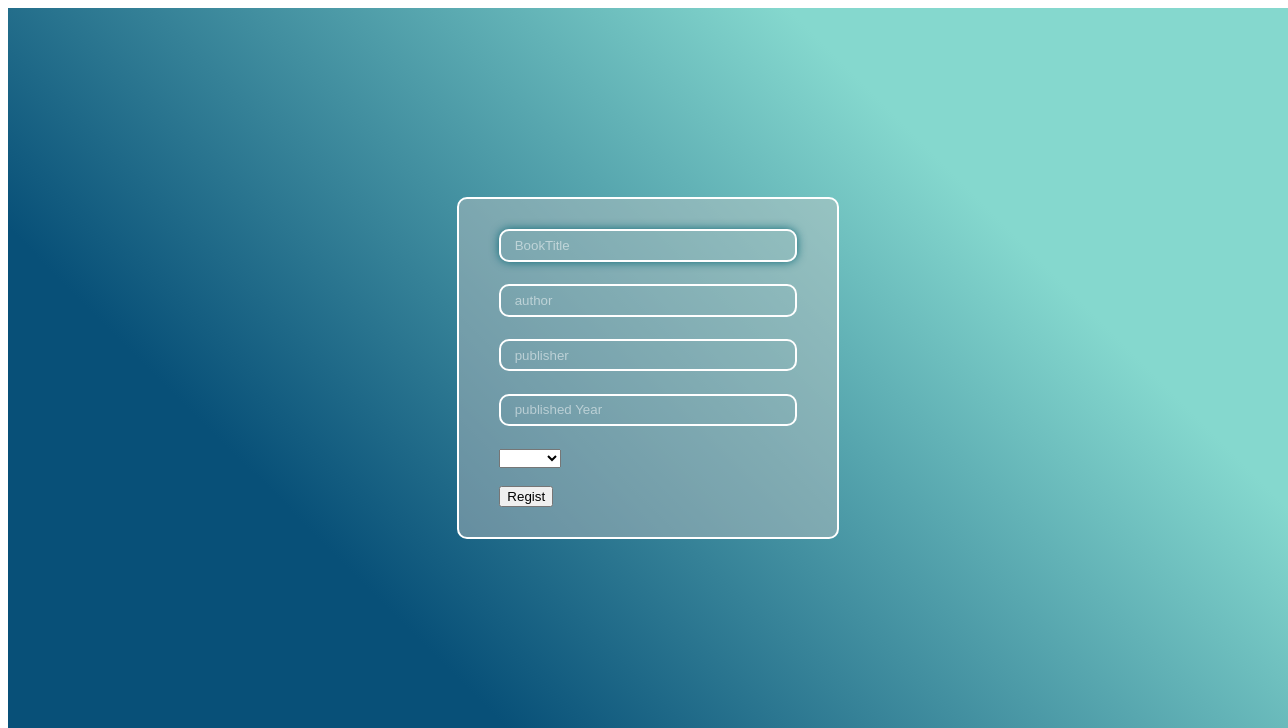
Repository: ysknsid25/mer
Page: http://localhost/library/view/regist.jsp
These files come from the project's save history. The page is drawn as it stood at one moment and after the next save; the edit follows.
The browser window is 1280 px wide. The page is 1288 px wide, so the pictures cover 1288 px, including what lies to the right of the window. The pictures show the whole page.
The page is served by Tomcat 9. Other server files are loaded and not shown.

Above is the page before, as saved 2018-11-26 13:32:30.
Console error: ReferenceError: $ is not defined

### mer/library/WebContent/view/regist.jsp
<%@ page language="java" contentType="text/html; charset=UTF-8"
	pageEncoding="UTF-8"%>
<%@page import="util.StringUtil"%>
<%@page import="util.StringQuery"%>




<!DOCTYPE html PUBLIC "-//W3C//DTD HTML 4.01 Transitional//EN" "http://www.w3.org/TR/html4/loose.dtd">
<head>
<title>Top</title>

<link href='<%=StringUtil.CONTEXTPATH + StringUtil.INPUTCSS%>'
	rel='stylesheet' type='text/css' />
<script type="text/javascript" src="<%=StringUtil.MAINJS%>"></script>
<meta charset="<%=StringUtil.SET_ENCODING%>" />
<meta name="viewport" content="width=device-width, initial-scale=1.0" />

</head>

<body>
	<div class="container">
		<div id="login-form">
			<div id="box">

				<form action="<%=StringUtil.REGISTCHECK + StringUtil.CONTROLLER%>"
					method="post">

					<div>
						<label for="form-userid">BoolTitle</label> <input type="text"
							name="booktitle" id="form-userid" placeholder="BookTitle"
							value="<%if (request.getAttribute(StringQuery.BOOKTITLE) != null)
				out.println(request.getAttribute(StringQuery.BOOKTITLE));%>" />
						<p class="note">Please enter BookTitle.</p>
					</div>
					<div>
						<%
							if (request.getAttribute(StringQuery.BOOKTITLE_CK) != null) {
								if ((int) request.getAttribute(StringQuery.BOOKTITLE_CK) == StringUtil.BOOKTITLE_NULL) {

									out.println("<p id=" + "error_message" + ">" + StringUtil.BOOKTITLE_IS_NULL + "</p>");

								} else if ((int) request.getAttribute(StringQuery.BOOKTITLE_CK) == StringUtil.BOOKTITLE_LENGTH) {

									out.println("<p id=" + "error_message" + ">" + StringUtil.BOOKTITLE_OVER_LENGTH + "</p>");

								}
							}
						%>
					</div>



					<div>
						<label for="form-userid">Author</label> <input type="text"
							name="author" id="form-userid" placeholder="author"
							value="<%if (request.getAttribute(StringQuery.AUTHOR) != null)
				out.println(request.getAttribute(StringQuery.AUTHOR));%>" />
						<p class="note">Please enter author.</p>
					</div>
					<div>
						<%
							if (request.getAttribute(StringQuery.AUTHOR_CK) != null) {
								if ((int) request.getAttribute(StringQuery.AUTHOR_CK) == StringUtil.AUTHOR_NULL) {

									out.println("<p id=" + "error_message" + ">" + StringUtil.AUTHOR_IS_NULL + "</p>");

								}
							}
						%>
					</div>

					<div>
						<label for="form-userid">Publisher</label> <input type="text"
							name="publisher" id="form-userid" placeholder="publisher"
							value="<%if (request.getAttribute(StringQuery.PUBLISHER) != null)
				out.println(request.getAttribute(StringQuery.PUBLISHER));%>" />
						<p class="note">Please enter Publisher.</p>
					</div>


					<div>
						<label for="form-userid">PublishDay</label> <input type="text"
							name="publishday" id="form-userid" placeholder="published Year"
							value="<%if (request.getAttribute(StringQuery.PUBLISHDAY) != null)
				out.println(request.getAttribute(StringQuery.PUBLISHDAY));%>" />
						<p class="note">Please enter published Year.</p>
					</div>
					<div>
						<%
							if (request.getAttribute(StringQuery.PUBLISHDAY_CK) != null) {
								if ((int) request.getAttribute(StringQuery.PUBLISHDAY_CK) == StringUtil.YEAR_OVER) {

									out.println("<p id=" + "error_message" + ">" + StringUtil.PUBLISHYEAR_FUTURE + "</p>");

								} else if ((int) request.getAttribute(StringQuery.PUBLISHDAY_CK) == StringUtil.NOT_NUMBER) {

									out.println("<p id=" + "error_message" + ">" + StringUtil.PUBLISHYEAR_INVALIDATE + "</p>");

								}
							}
						%>
					</div>

					<div>
						<select name=”category”>
							<option value=”7”></option>
							<option value=”1”>漫画</option>
							<option value=”2”>文庫</option>
							<option value=”3”>大型本</option>
							<option value=”4”>雑誌</option>
							<option value=”5”>参考書</option>
							<option value=”6”>新書</option>
						</select>
					</div>

					<br/>

					<input type="submit" name="submit" value="Regist" />



					<%--String errorMessage(int checkNum){

		if (checkNum == StringUtil.BOOKTITLE_NULL) {

			return StringUtil.BOOKTITLE_IS_NULL;

		} else if (checkNum == StringUtil.BOOKTITLE_LENGTH) {

			return StringUtil.BOOKTITLE_OVER_LENGTH;

		} else if (checkNum == StringUtil.AUTHOR_NULL) {

			return StringUtil.AUTHOR_IS_NULL;

		} else if (checkNum == StringUtil.YEAR_OVER) {

			return StringUtil.PUBLISHYEAR_FUTURE;

		} else if (checkNum == StringUtil.NOT_NUMBER) {

			return StringUtil.PUBLISHYEAR_INVALIDATE;

		}

		return "";

	}--%>




				</form>

			</div>
		</div>
	</div>

</body>
</html>

### mer/library/WebContent/stylesheet/input.css
@CHARSET "UTF-8";

html, body, .container {
  width: 100%;
  height: 100%;
}

#error_message{

	color: red;
	font-size: 15px

}

.container,
.overlay:before{
  align-items: center;
  display: flex;
  justify-content: center;
  overflow: visible !important;
  background: -webkit-linear-gradient(45deg, #085078 25%, #85d8ce 75%);
  background: -moz-linear-gradient(45deg, #085078 25%, #85d8ce 75%);
  background: -ms-linear-gradient(45deg, #085078 25%, #85d8ce 75%);
  background: -o-linear-gradient(45deg, #085078 25%, #85d8ce 75%);
  background: linear-gradient(45deg, #085078 25%, #85d8ce 75%);

}

.container {
  align-items: center;
  display: flex;
  justify-content: center;

}

#box{

  padding: 30px 40px;
  transition: 0.2s;
  text-decoration: none;
  color: white;
  border: 2px solid white;
  border-radius: 10px;
  background-color: rgba( 192, 192, 192, 0.45 );

}

.overlay {
  max-height: 200px;
  margin: 0 auto;
  max-width: 768px;
  overflow: hidden;
  padding: 50px;
  position: relative;
  color: white;
  font-family: 'Lato';
  position: relative;
  text-align: center;
  z-index: 0;
  &:before {
    content: '';
    filter: blur(20px);
    height: 100%;
    left: 0;
    position: absolute;
    top: 0;
    width: 100%;
    z-index: -1;
  }
}


#login-form div input[type='text'],
#login-form div input[type='password']{

width: 20em;
padding: 0.5em 1em;
transition: 0.2s;
border: 2px solid #fff;
border-radius: 10px;
background: transparent;

}

#login-form div input[type='text']:hover,
#login-form div input[type='password']:hover{

border-color: #fff;
box-shadow: 0 0 10px rgba(0,100,115,0.9);

}

#login-form div input[type='text']:focus,
#login-form div input[type='password']:focus{

border-color: #fafa9d;
box-shadow: 0 0 10px rgba(250,250,157,0.8);

}

.btn a{

font-size: 14px;
display: inline-block;
position: relative;
left: 79px;
padding: 7px 20px;
transition: 0.2s;
text-decoration: none;
color: transparent;
border: none;
border-radius: 10px;
background-color: transparent;

}

.btn:hover a{

background-color: white;
color: black;
border-radius: 5px;

}


input::-webkit-input-placeholder{

color: rgba(255,255,255,0.5);

}

input:focus::-webkit-input-placeholder{

color: transparent;

}

input:-ms-input-placeholder{

color: rgba(255,255,255,0.5);

}

input:focus:-ms-input-placeholder{

color: transparent;

}

input::-moz-placeholder{

color: #fff;

}

input:focus::-moz-placeholder{

color: transparent;

}

#login-form div label{

position: absolute;
x-index: -1;
top: 0;
left: 0;
display: block;
padding: 0.5em 1em;
transition: 0.2s;
color: transparent;

}

#login-form div label.inputted{

-webkit-transform: translateX(-100%);
-ms-transform: translateX(-100%);
transform: translateX(-100%);
color: #fff;

}

#login-form div p.note{

font-size: 15px;
overflow: hidden;
max-height: 0;
margin-top: 0.5em;
transition: 0.2s;
text-align: left;
color: #ffffff;

}

#login-form div input[type='text']:focus ~ p.note,
#login-form div input[type='password']:focus ~ p.note{

max-height: 3em;
transition: 0.2s;

}

### mer/library/WebContent/stylesheet/main.js
$(function(){
  $('input[type="text"],input[type="password"]')
  .focus(function(){
$(this).prev('label').addClass("inputted");
  })
  .focusout(function(){
  if($(this).val()==""){
$(this).prev('label').
removeClass("inputted");
  }
});
});

After the next save:
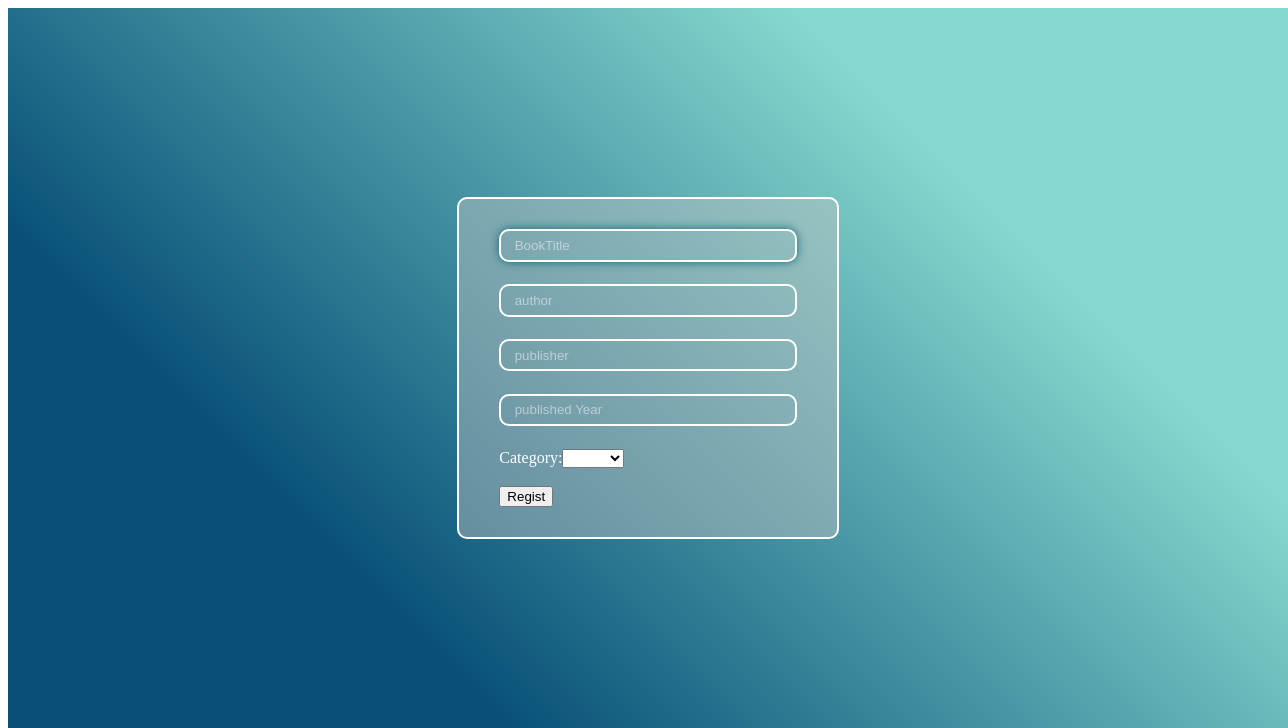
Saved 28 s later.
--- a/mer/library/WebContent/view/regist.jsp
+++ b/mer/library/WebContent/view/regist.jsp
@@ -103,7 +103,7 @@
 					</div>
 
 					<div>
-						<select name=”category”>
+						<span>Category:</span><select name=”category”>
 							<option value=”7”></option>
 							<option value=”1”>漫画</option>
 							<option value=”2”>文庫</option>
